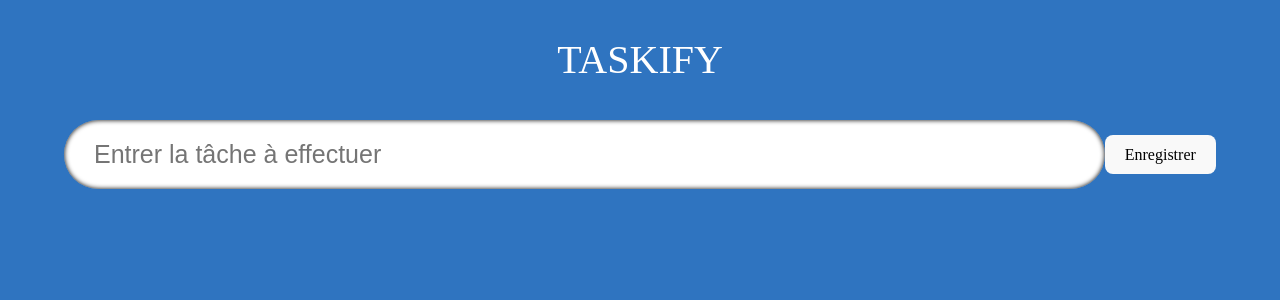
Repository: abdoulkarim20/react-ts-training
Page: /
An editor plug-in stored every save of this project. The page is shown before and after a run of saves, followed by the edit.
The browser window is 1280 px wide. The pictures show the whole page.
Some web fonts or font styles are not loaded; a fallback is used. The project was rebuilt for these pictures with package versions that can differ from the ones it lists, and the page was loaded fresh each time. Also part of the build but not shown: vite.config.ts.

Above is the page before, as saved 2024-01-23 00:07:01.

After the next 3 saves:
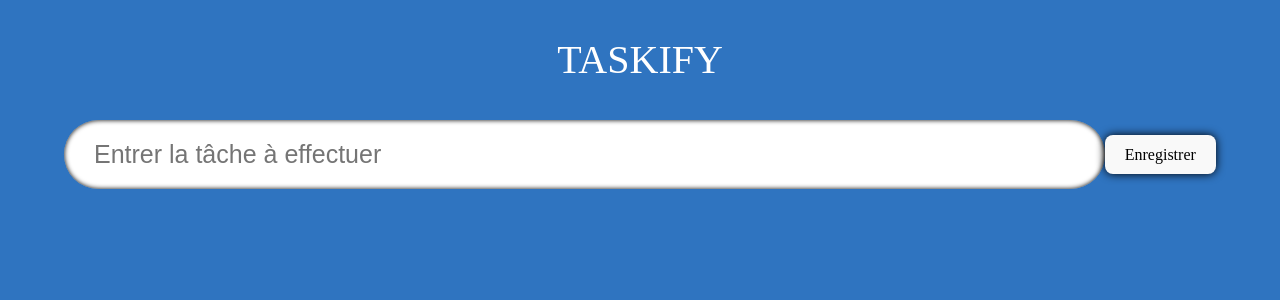
The 3 saves are shown as one change because they came seconds apart.
The last was saved 11 s later.
--- a/src/components/styles.css
+++ b/src/components/styles.css
@@ -15,5 +15,5 @@
 }
 
 .save-task-btn {
-    box-shadow: ;
+    box-shadow: 0 0 10px ;
 }
